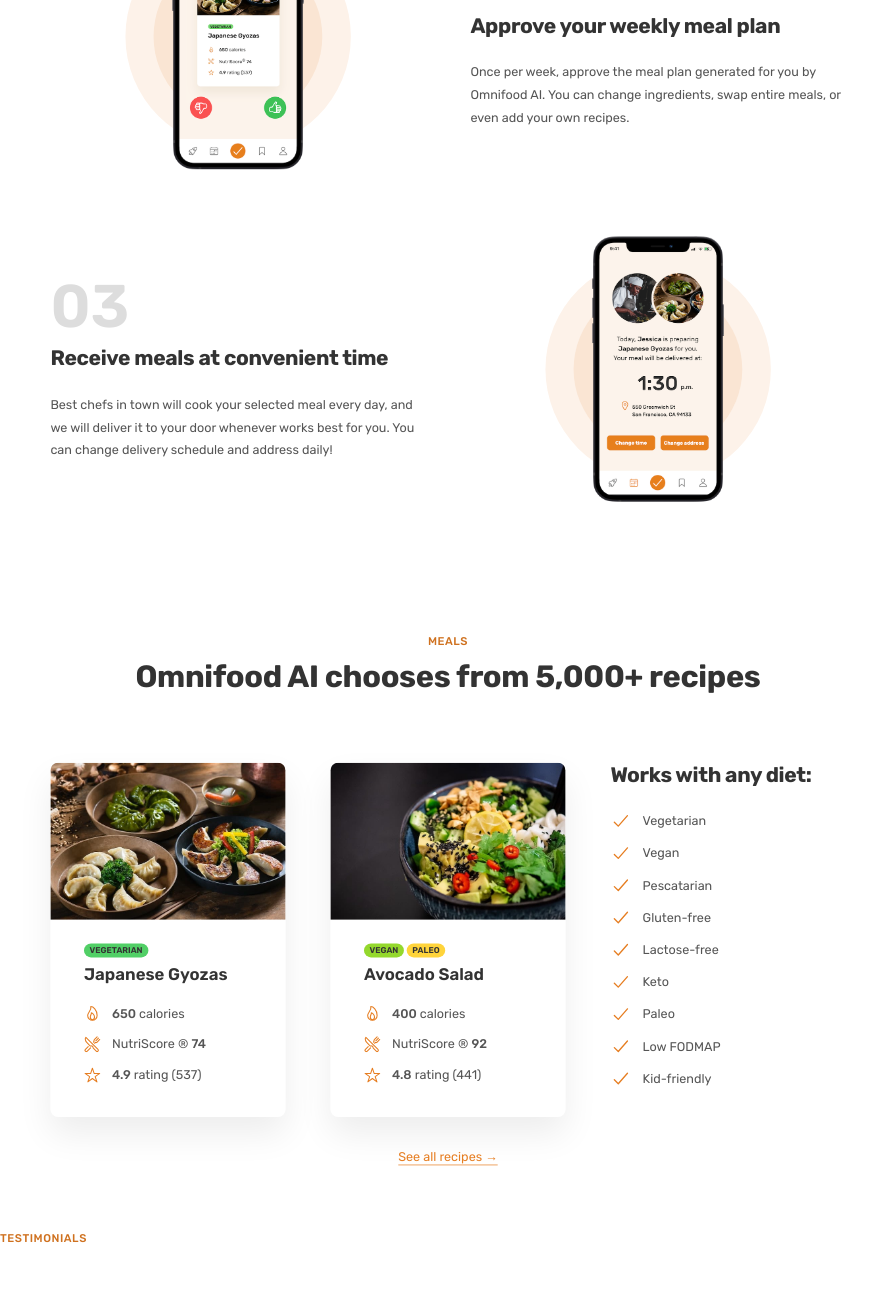
Repository: nghiakma/HTML-CSS-Fundamental
Page: Ominifood/index.html
An editor plug-in stored every save of this project. The page is shown before and after the next save, followed by the edit.
The browser window is 1280 px wide. The pictures show the part of the page from y = 1834 to 3754 px (the page is 3707 px tall before and 3754 px after), at 70% of full size.
Some web libraries are served in a nearby version.

Above is the page before, as saved 2023-08-29 06:07:39.

### Ominifood/index.html
<!DOCTYPE html>
<html lang="en">

<head>
  <meta charset="UTF-8">
  <meta name="viewport" content="width=device-width, initial-scale=1.0">
  <title>Document</title>


  <link rel="stylesheet" href="./style.css">
  <link rel="preconnect" href="https://fonts.gstatic.com" />
  <link href="https://fonts.googleapis.com/css2?family=Rubik:wght@400;500;600;700&display=swap" rel="stylesheet" />
  <script type="module" src="https://unpkg.com/ionicons@5.4.0/dist/ionicons/ionicons.esm.js"></script>
  <script nomodule="" src="https://unpkg.com/ionicons@5.4.0/dist/ionicons/ionicons.js"></script>

  <title>Omnifood</title>
</head>

<body>
  <header class="header">
    <a href="#">
      <img class="logo" src="img/omnifood-logo.png" alt="Omnifood logo">
    </a>
    <nav class="main-nav">
      <ul class="main-nav-list">
        <li><a class="main-nav-link" href="#">How it works</a></li>
        <li><a class="main-nav-link" href="#">Meals</a></li>
        <li><a class="main-nav-link" href="#">Testimonials</a></li>
        <li><a class="main-nav-link" href="#">Pricing</a></li>
        <li><a class="main-nav-link nav-cta" href="#">Try for free</a></li>
      </ul>
    </nav>
  </header>

  <main>
    <section class="section-hero">
      <div class="hero">
        <div class="hero-text-box">
          <h1 class="heading-primary">
            A healthy meal delivered to your door, every single day
          </h1>
          <p class="hero-description">
            The smart 365-days-per-year food subscription that will make you
            eat healthy again. Tailored to your personal tastes and
            nutritional needs.
          </p>
          <a href="#" class="btn btn--full margin-right-sm">Start eating well</a>
          <a href="#" class="btn btn--outline">Learn more &darr;</a>
          <div class="delivered-meals">
            <div class="delivered-imgs">
              <img src="img/customers/customer-1.jpg" alt="Customer photo" />
              <img src="img/customers/customer-2.jpg" alt="Customer photo" />
              <img src="img/customers/customer-3.jpg" alt="Customer photo" />
              <img src="img/customers/customer-4.jpg" alt="Customer photo" />
              <img src="img/customers/customer-5.jpg" alt="Customer photo" />
              <img src="img/customers/customer-6.jpg" alt="Customer photo" />
            </div>
            <p class="delivered-text">
              <span>250,000+</span> meals delivered last year!
            </p>
          </div>
        </div>
        <div class="hero-img-box">
          <img class="hero-img" src="img/hero.png"
            alt="Woman enjoying food, meals in storage container, and food bowls on a table">
        </div>
      </div>
    </section>

    <section class="section-featured">
      <div class="container">
        <h2 class="heading-featured-in">As featured in</h2>
        <div class="logos">
          <img src="img/logos/techcrunch.png" alt="Techcrunch logo" />
          <img src="img/logos/business-insider.png" alt="Business Insider logo" />
          <img src="img/logos/the-new-york-times.png" alt="The New York Times logo" />
          <img src="img/logos/forbes.png" alt="Forbes logo" />
          <img src="img/logos/usa-today.png" alt="USA Today logo" />
        </div>
      </div>
    </section>

    <section class="section-how">
      <div class="container">
        <span class="subheading">How it works</span>
        <h2 class="heading-secondary">
          Your daily dose of health in 3 simple steps
        </h2>
      </div>

      <div class="container grid grid--2-cols grid--center-v">
        <!-- STEP 01 -->
        <div class="step-text-box">
          <p class="step-number">01</p>
          <h3 class="heading-tertiary">
            Tell us what you like (and what not)
          </h3>
          <p class="step-description">
            Never again waste time thinking about what to eat! Omnifood AI
            will create a 100% personalized weekly meal plan just for you. It
            makes sure you get all the nutrients and vitamins you need, no
            matter what diet you follow!
          </p>
        </div>
        <div class="step-img-box">
          <img src="img/app/app-screen-1.png" class="step-img" alt="iPhone app
          preferences selection screen" />
        </div>

        <!-- STEP 02 -->
        <div class="step-img-box">
          <img src="img/app/app-screen-2.png" class="step-img" alt="iPhone app
          meal approving plan screen" />
        </div>
        <div class="step-text-box">
          <p class="step-number">02</p>
          <h3 class="heading-tertiary">Approve your weekly meal plan</h3>
          <p class="step-description">
            Once per week, approve the meal plan generated for you by Omnifood
            AI. You can change ingredients, swap entire meals, or even add
            your own recipes.
          </p>
        </div>

        <!-- STEP 03 -->
        <div class="step-text-box">
          <p class="step-number">03</p>
          <h3 class="heading-tertiary">Receive meals at convenient time</h3>
          <p class="step-description">
            Best chefs in town will cook your selected meal every day, and we
            will deliver it to your door whenever works best for you. You can
            change delivery schedule and address daily!
          </p>
        </div>
        <div class="step-img-box">
          <img src="img/app/app-screen-3.png" class="step-img" alt="iPhone app
          delivery screen" />
        </div>
      </div>
    </section>


    <section class="section-meals">
      <div class="container center-text">
        <span class="subheading">Meals</span>
        <h2 class="heading-secondary">
          Omnifood AI chooses from 5,000+ recipes
        </h2>
      </div>

      <div class="container grid grid--3-cols margin-bottom-md">
        <div class="meal">
          <img src="img/meals/meal-1.jpg" class="meal-img" alt="Japanese Gyozas" />
          <div class="meal-content">
            <div class="meal-tags">
              <span class="tag tag--vegetarian">Vegetarian</span>
            </div>
            <p class="meal-title">Japanese Gyozas</p>
            <ul class="meal-attributes">
              <li class="meal-attribute">
                <ion-icon class="meal-icon" name="flame-outline"></ion-icon>
                <span><strong>650</strong> calories</span>
              </li>
              <li class="meal-attribute">
                <ion-icon class="meal-icon" name="restaurant-outline"></ion-icon>
                <span>NutriScore &reg; <strong>74</strong></span>
              </li>
              <li class="meal-attribute">
                <ion-icon class="meal-icon" name="star-outline"></ion-icon>
                <span><strong>4.9</strong> rating (537)</span>
              </li>
            </ul>
          </div>
        </div>

        <div class="meal">
          <img src="img/meals/meal-2.jpg" class="meal-img" alt="Avocado Salad" />
          <div class="meal-content">
            <div class="meal-tags">
              <span class="tag tag--vegan">Vegan</span>
              <span class="tag tag--paleo">Paleo</span>
            </div>
            <p class="meal-title">Avocado Salad</p>
            <ul class="meal-attributes">
              <li class="meal-attribute">
                <ion-icon class="meal-icon" name="flame-outline"></ion-icon>
                <span><strong>400</strong> calories</span>
              </li>
              <li class="meal-attribute">
                <ion-icon class="meal-icon" name="restaurant-outline"></ion-icon>
                <span>NutriScore &reg; <strong>92</strong></span>
              </li>
              <li class="meal-attribute">
                <ion-icon class="meal-icon" name="star-outline"></ion-icon>
                <span><strong>4.8</strong> rating (441)</span>
              </li>
            </ul>
          </div>
        </div>

        <div class="diets">
          <h3 class="heading-tertiary">Works with any diet:</h3>
          <ul class="list">
            <li class="list-item">
              <ion-icon class="list-icon" name="checkmark-outline"></ion-icon>
              <span>Vegetarian</span>
            </li>
            <li class="list-item">
              <ion-icon class="list-icon" name="checkmark-outline"></ion-icon>
              <span>Vegan</span>
            </li>
            <li class="list-item">
              <ion-icon class="list-icon" name="checkmark-outline"></ion-icon>
              <span>Pescatarian</span>
            </li>
            <li class="list-item">
              <ion-icon class="list-icon" name="checkmark-outline"></ion-icon>
              <span>Gluten-free</span>
            </li>
            <li class="list-item">
              <ion-icon class="list-icon" name="checkmark-outline"></ion-icon>
              <span>Lactose-free</span>
            </li>
            <li class="list-item">
              <ion-icon class="list-icon" name="checkmark-outline"></ion-icon>
              <span>Keto</span>
            </li>
            <li class="list-item">
              <ion-icon class="list-icon" name="checkmark-outline"></ion-icon>
              <span>Paleo</span>
            </li>
            <li class="list-item">
              <ion-icon class="list-icon" name="checkmark-outline"></ion-icon>
              <span>Low FODMAP</span>
            </li>
            <li class="list-item">
              <ion-icon class="list-icon" name="checkmark-outline"></ion-icon>
              <span>Kid-friendly</span>
            </li>
          </ul>
        </div>
      </div>

      <div class="container all-recipes">
        <a href="#" class="link">See all recipes &rarr;</a>
      </div>
    </section>

    <section class="section-testimonials">
      <div class="testimonials-container">
        <span class="subheading">Testimonials</span>
        <h2 class="heading-secondary"></h2>
      </div>
    </section>

  </main>

</body>

</html>

### Ominifood/style.css
/*
--- 01 TYPOGRAPHY SYSTEM

- Font sizes (px)
10 / 12 / 14 / 16 / 18 / 20 / 24 / 30 / 36 / 44 / 52 / 62 / 74 / 86 / 98

- Font weights
Default: 400
Medium: 500
Semi-bold: 600
Bold: 700

- Line heights
Default: 1
Small: 1.05
Medium: 1.2
Paragraph default: 1.6

- Letter spacing
-0.5px
0.75px

--- 02 COLORS

- Primary: #e67e22
- Tints:
#fdf2e9
#fae5d3
#eb984e

- Shades:
#cf711f
#45260a

- Accents:
- Greys

#888
#767676 (lightest grey allowed on #fff)
#6f6f6f (lightest grey allowed on #fdf2e9)
#555
#333

--- 05 SHADOWS

0 2.4rem 4.8rem rgba(0, 0, 0, 0.075);

--- 06 BORDER-RADIUS

Default: 9px
Medium: 11px

--- 07 WHITESPACE

- Spacing system (px)
2 / 4 / 8 / 12 / 16 / 24 / 32 / 48 / 64 / 80 / 96 / 128
*/

* {
  padding: 0;
  margin: 0;
  box-sizing: border-box;
}
*:focus {
  outline: none;
  /* outline: 4px dotted #e67e22; */
  /* outline-offset: 8px; */
  box-shadow: 0 0 0 0.8rem rgba(230, 125, 34, 0.5);
}
html {
  font-size: 62.5%;
}
body {
  font-family: "Rubik", sans-serif;
  line-height: 1;
  font-weight: 400;
  color: #555;
}

.header {
  display: flex;
  justify-content: space-between;
  align-items: center;
  background-color: #fdf2e9;

  /* Because we want header to be sticky later */
  height: 9.6rem;
  padding: 0 4.8rem;
}

.logo {
  height: 2.2rem;
}

/**************************/
/* NAVIGATION */
/**************************/

.main-nav-list {
  list-style: none;
  display: flex;
  align-items: center;
  gap: 3.2rem;
}

.main-nav-link:link,
.main-nav-link:visited {
  display: inline-block;
  text-decoration: none;
  color: #333;
  font-weight: 500;
  font-size: 1.8rem;
  transition: all 0.3s;
}

.main-nav-link:hover,
.main-nav-link:active {
  color: #cf711f;
}

.main-nav-link.nav-cta:link,
.main-nav-link.nav-cta:visited {
  padding: 1.2rem 2.4rem;
  border-radius: 9px;
  color: #fff;
  background-color: #e67e22;
}

.main-nav-link.nav-cta:hover,
.main-nav-link.nav-cta:active {
  background-color: #cf711f;
}
/**************************/
/* HERO SECTION */
/**************************/
.section-hero {
  background-color: #fdf2e9;
  padding: 4.8rem 0 9.6rem 0;
}
.hero {
  max-width: 130rem;
  margin: 0 auto;
  padding: 0 3.2rem;
  display: grid;
  grid-template-columns: 1fr 1fr;
  gap: 9.6rem;
  align-items: center;
}
.heading-primary,
.heading-secondary,
.heading-tertiary {
  font-weight: 700;
  color: #333;
  letter-spacing: -0.5px;
}
.heading-primary {
  font-size: 5.2rem;
  line-height: 1.05;
  margin-bottom: 3.2rem;
}
.hero-description {
  font-size: 2rem;
  line-height: 1.6;
  margin-bottom: 4.8rem;
}
.btn,
.btn:link,
.btn:visited {
  display: inline-block;

  text-decoration: none;
  font-size: 2rem;
  font-weight: 600;
  padding: 1.6rem 3.2rem;
  border-radius: 9px;

  /* Only necessary for .btn */
  border: none;
  cursor: pointer;
  font-family: inherit;

  /* Put transition on original "state" */
  /* transition: background-color 0.3s; */
  transition: all 0.3s;
}

.btn--full:link,
.btn--full:visited {
  background-color: #e67e22;
  color: #fff;
}

.btn--full:hover,
.btn--full:active {
  background-color: #cf711f;
}
.margin-right-sm {
  margin-right: 1.6rem !important;
}

.btn--outline:link,
.btn--outline:visited {
  background-color: #fff;
  color: #555;
}

.btn--outline:hover,
.btn--outline:active {
  background-color: #fdf2e9;

  /* border: 3px solid #fff; */

  /* Trick to add border inside */
  box-shadow: inset 0 0 0 3px #fff;
}
.hero-img {
  width: 100%;
}
.delivered-meals {
  display: flex;
  align-items: center;
  gap: 1.6rem;
  margin-top: 8rem;
}
.delivered-imgs {
  display: flex;
}
.delivered-imgs img {
  height: 4.8rem;
  width: 4.8rem;
  border-radius: 50%;
  margin-right: -1.6rem;
  border: 3px solid #fdf2e9;
}
.delivered-imgs img:last-child {
  margin: 0;
}
.delivered-text {
  font-size: 1.8rem;
  font-weight: 600;
}
.delivered-text span {
  color: #cf711f;
  font-weight: 700;
}
/*Feature in section*/
.container {
  max-width: 120rem;
  padding: 0 3.2rem;
  margin: 0 auto;
}
.section-featured {
  padding: 4.8rem 0 3.2rem 0;
}
.heading-featured-in {
  font-size: 1.4rem;
  text-transform: uppercase;
  letter-spacing: 0.75px;
  font-weight: 500;
  text-align: center;
  margin-bottom: 2.4rem;
  color: #888;
}
.logos {
  display: flex;
  justify-content: space-around;
}
.logos img {
  height: 3.2rem;
  filter: brightness(0);
  opacity: 50%;
}
/**************************/
/* HOW IT WORKS SECTION */
/**************************/
.heading-secondary {
  font-size: 4.4rem;
  line-height: 1.2;
  margin-bottom: 9.6rem;
}
.subheading {
  display: block;
  font-size: 1.6rem;
  font-weight: 500;
  color: #cf711f;
  text-transform: uppercase;
  margin-bottom: 1.6rem;
  letter-spacing: 0.75px;
}
.grid {
  display: grid;
  column-gap: 6.4rem;
  row-gap: 9.6rem;
}
.grid--2-cols {
  grid-template-columns: repeat(2, 1fr);
}
.grid--center-v {
  align-items: center;
}
.heading-tertiary {
  font-size: 3rem;
  line-height: 1.2;
  margin-bottom: 3.2rem;
}
.section-how {
  padding: 9.6rem 0;
}

.step-number {
  font-size: 8.6rem;
  font-weight: 600;
  color: #ddd;
  margin-bottom: 1.2rem;
}

.step-description {
  font-size: 1.8rem;
  line-height: 1.8;
}

.step-img-box {
  position: relative;

  display: flex;
  align-items: center;
  justify-content: center;
}
/*Cha la step-img-bõ*/
.step-img-box::before,
.step-img-box::after {
  content: "";
  display: block;
  border-radius: 50%;
  position: absolute;
  top: 50%;
  left: 50%;
  transform: translate(-50%, -50%);
}

.step-img-box::before {
  width: 60%;
  /* height: 60%; */

  /* 60% of parent's width */
  padding-bottom: 60%;

  background-color: #fdf2e9;
  z-index: -2;
}

.step-img-box::after {
  width: 45%;
  padding-bottom: 45%;
  background-color: #fae5d3;
  z-index: -1;
}

.step-img {
  width: 35%;
  /* z-index: 10; */
}
/**************************/
/* MEALS SECTION */
/**************************/
.center-text {
  text-align: center;
}
.margin-bottom-md {
  margin-bottom: 4.8rem !important;
}
strong {
  font-weight: 500;
}
.section-meals {
  padding: 9.6rem 0;
}

.grid--3-cols {
  grid-template-columns: repeat(3, 1fr);
}
.meal-img {
  width: 100%;
}
.meal {
  box-shadow: 0 2.4rem 4.8rem rgba(0, 0, 0, 0.075);
  border-radius: 11px;
  overflow: hidden;
  transition: all 0.4s;
}

.meal:hover {
  transform: translateY(-1.2rem);
  box-shadow: 0 3.2rem 6.4rem rgba(0, 0, 0, 0.06);
}

.meal-content {
  padding: 3.2rem 4.8rem 4.8rem 4.8rem;
}

.meal-tags {
  margin-bottom: 1.2rem;
  display: flex;
  gap: 0.4rem;
}

.tag {
  display: inline-block;
  padding: 0.4rem 0.8rem;
  font-size: 1.2rem;
  text-transform: uppercase;
  color: #333;
  border-radius: 100px;
  font-weight: 600;
}

.tag--vegetarian {
  background-color: #51cf66;
}
.tag--vegan {
  background-color: #94d82d;
}
.tag--paleo {
  background-color: #ffd43b;
}
.meal-title {
  font-size: 2.4rem;
  color: #333;
  font-weight: 600;
  margin-bottom: 3.2rem;
}
.meal-attributes {
  list-style: none;
  display: flex;
  flex-direction: column;
  gap: 2rem;
}
.meal-attribute {
  font-size: 1.8rem;
  display: flex;
  align-items: center;
  gap: 1.6rem;
}
.meal-icon {
  height: 2.4rem;
  width: 2.4rem;
  color: #e67e22;
}
.all-recipes {
  text-align: center;
  font-size: 1.8rem;
}
.link:link,
.link:visited {
  display: inline-block;
  color: #e67e22;
  text-decoration: none;
  border-bottom: 1px solid currentColor;
  padding-bottom: 2px;
  transition: all 0.3s;
}
.link:hover,
.link:active {
  color: #cf711f;
  border-bottom: 1px solid transparent;
}
.list {
  list-style: none;
  display: flex;
  flex-direction: column;
  gap: 1.6rem;
}
.list-item {
  font-size: 1.8rem;
  display: flex;
  align-items: center;
  gap: 1.6rem;
}
.list-icon {
  width: 3rem;
  height: 3rem;
  color: #e67e22;
}
/**************************/
/* TESTIMONIALS SECTION */
/**************************/

After the next save:
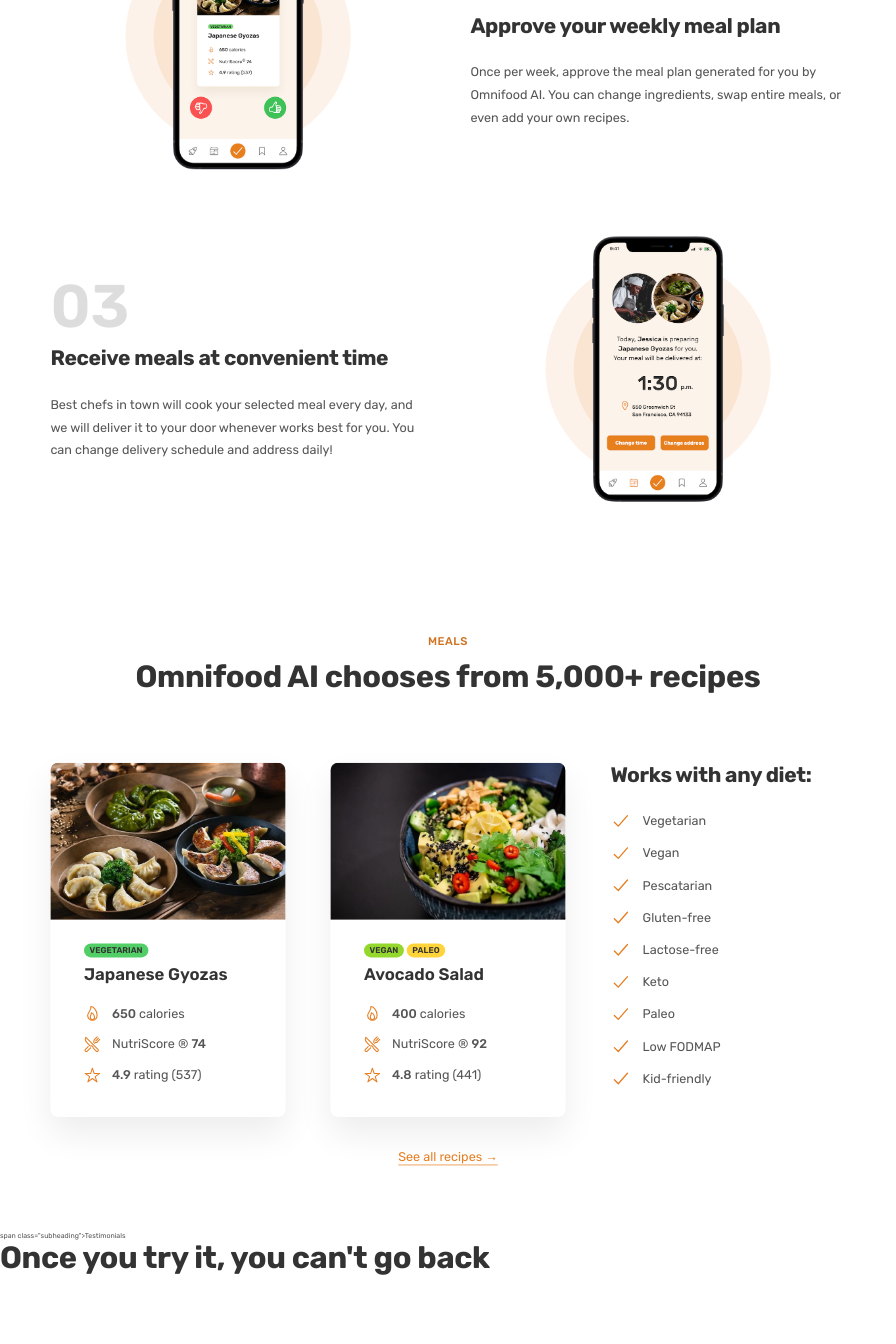
Saved 8 s later.
--- a/Ominifood/index.html
+++ b/Ominifood/index.html
@@ -248,8 +248,8 @@
 
     <section class="section-testimonials">
       <div class="testimonials-container">
-        <span class="subheading">Testimonials</span>
-        <h2 class="heading-secondary"></h2>
+        span class="subheading">Testimonials</span>
+        <h2 class="heading-secondary">Once you try it, you can't go back</h2>
       </div>
     </section>
 
